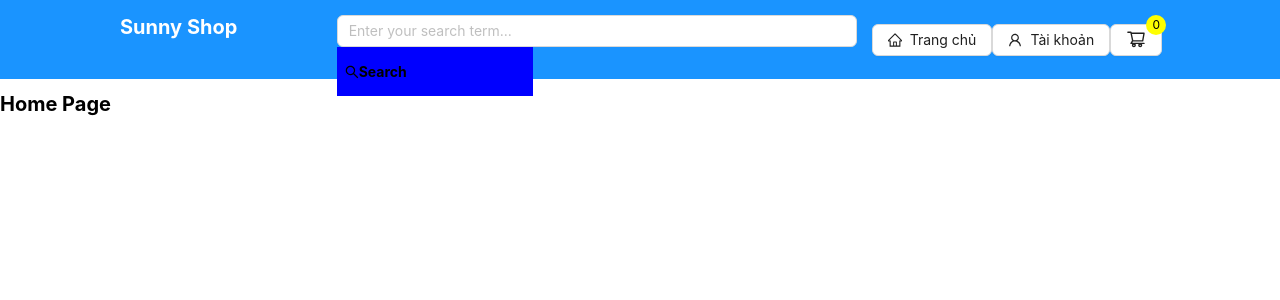
Repository: manhhieu120499/E-Commerce
Page: /
These files come from the project's save history. The page is drawn as it stood at one moment and after the next save; the edit follows.
The browser window is 1280 px wide. The pictures show the whole page.
The project was rebuilt for these pictures with package versions that can differ from the ones it lists, and the page was loaded fresh each time. Also part of the build but not shown: src/pages/product/Product.js, src/pages/order/Order.js, src/pages/notFound/NotFound.js, src/layouts/NormalLayout/NormalLayout.js.

Above is the page before, as saved 2025-01-01 12:13:53.

### src/index.js
import React from "react";
import ReactDOM from "react-dom/client";
import App from "./App";
import reportWebVitals from "./reportWebVitals";
import GlobalStyle from "./GlobalStyles";
import { Provider } from "react-redux";
import store from "./redux/store";

const root = ReactDOM.createRoot(document.getElementById("root"));
root.render(
  <React.StrictMode>
    <Provider store={store}>
      <GlobalStyle>
        <App />
      </GlobalStyle>
    </Provider>
  </React.StrictMode>
);

// If you want to start measuring performance in your app, pass a function
// to log results (for example: reportWebVitals(console.log))
// or send to an analytics endpoint. Learn more: https://bit.ly/CRA-vitals
reportWebVitals();

### src/App.js
import React from "react";
import { BrowserRouter as Router, Route, Routes } from "react-router-dom";
import { publicRoute } from "./route";
function App() {
  return (
    <div className="App">
      <Router>
        <Routes>
          {publicRoute.map((route) => {
            const Page = route.component;
            const Layout = route.layout;
            return (
              <Route
                key={route.path}
                path={route.path}
                element={
                  <Layout>
                    <Page />
                  </Layout>
                }
              />
            );
          })}
        </Routes>
      </Router>
    </div>
  );
}

export default App;

### src/redux/store.js
import { configureStore } from "@reduxjs/toolkit";
import productSlice from "./slices/productSlice";

const store = configureStore({
    reducer: {
        product: productSlice
    }
})

export default store;

### src/route/index.js
import { Home, Product, Order, NotFound } from "../pages";
import { DefaultLayout, NormalLayout } from "../layouts";

const publicRoute = [
  {
    path: "/",
    component: Home,
    layout: DefaultLayout,
  },
  {
    path: "/product",
    component: Product,
    layout: DefaultLayout,
  },
  {
    path: "/order",
    component: Order,
    layout: DefaultLayout,
  },
  {
    path: "*",
    component: NotFound,
    layout: NormalLayout,
  },
];

const privateRoute = [];

export { publicRoute, privateRoute };

### src/GlobalStyles/GlobalStyles.js
import "./css/GlobalStyles.css";
export default function GlobalStyle({ children }) {
    return (
        <div className="wrapper">
            { children }
        </div>
    )
}

### src/redux/slices/productSlice.js
import { createSlice } from "@reduxjs/toolkit";

// const initialState = {
//     products: [],
// }

// export const productSlice = createSlice({
//     name: 'productSlice',
//     initialState,
//     reducers:{
//         setProduct: (state, action) => {
//             return {...state}
//         }
//     }
// })

const initialState = {
    value: 0
}

const productSlice = createSlice({
    name: 'productSlice',
    initialState,
    reducers: {
        increase: (state, action) => {
            return {...state, value: state.value + 1}
        },
        decrease: (state, action) => {
            return {...state, value: state.value - 1}
        }
    }
})

export const { increase, decrease } = productSlice.actions;

export default productSlice.reducer;

### src/pages/index.js
import Home from "./home";
import Product from "./product";
import Order from "./order";
import NotFound from "./notFound";

export { Home, Product, Order, NotFound };

### src/layouts/index.js
import DefaultLayout from "./DefaultLayout";
import NormalLayout from "./NormalLayout";

export { DefaultLayout, NormalLayout };

### src/GlobalStyles/css/GlobalStyles.css
/* @import "antd/dist/antd.css"; */
body {
  margin: 0;
  font-family: -apple-system, BlinkMacSystemFont, 'Segoe UI', 'Roboto', 'Oxygen',
    'Ubuntu', 'Cantarell', 'Fira Sans', 'Droid Sans', 'Helvetica Neue',
    sans-serif;
  -webkit-font-smoothing: antialiased;
  -moz-osx-font-smoothing: grayscale;
  box-sizing: border-box;
  padding: 0;
}

html {
  font-size: 62.5%;
}

.wrapper {
  max-width: 100vw;
  margin: 0 auto;
}

### src/pages/product/index.js
export { default } from './Product'

### src/layouts/NormalLayout/index.js
export { default } from "./NormalLayout";

### src/pages/home/Home.js
export default function Home({children}) {
    return (
        <h1>Home Page</h1>
    )
}

### src/layouts/DefaultLayout/DefaultLayout.js
import { Header } from "../../components";

export default function DefaultLayout({ children }) {
  return (
    <div className="wrapper">
      <Header />
      {children}
    </div>
  );
}

### src/components/index.js
import Header from "./Header";
import ButtonInputSearch from "./ButtonInputSearch";
export { Header, ButtonInputSearch };

### src/components/ButtonInputSearch/index.js
export { default } from "./ButtonInputSearch";

### src/components/Header/Header.js
import { Button, Col, Input, Row } from "antd";
import {
  ShoppingCartText,
  WrapperRow,
  WrapperShoppingCart,
  WrapperShoppingCartText,
  WrapperSpan,
} from "./HeaderStyle";
import Search from "antd/es/transfer/search";
import {
  HomeOutlined,
  ShoppingCartOutlined,
  UserOutlined,
} from "@ant-design/icons";
import ButtonInputSearch from "../ButtonInputSearch";

export default function Header({ children }) {
  return (
    <div>
      <WrapperRow>
        <Col span={5}>
          <WrapperSpan>Sunny Shop</WrapperSpan>
        </Col>
        <Col span={12}>
          <Input placeholder="Enter your search term..." />
          <ButtonInputSearch />
        </Col>
        <Col
          span={7}
          style={{
            display: "flex",
            alignItems: "center",
            justifyContent: "space-around",
            padding: "0 15px",
          }}
        >
          <Button>
            <HomeOutlined />
            <span>Trang chủ</span>
          </Button>
          <Button>
            <UserOutlined />
            <span>Tài khoản</span>
          </Button>
          <Button>
            <WrapperShoppingCart>
              <ShoppingCartOutlined style={{ fontSize: 20 }} />
              <WrapperShoppingCartText>
                <ShoppingCartText>0</ShoppingCartText>
              </WrapperShoppingCartText>
            </WrapperShoppingCart>
          </Button>
        </Col>
      </WrapperRow>
    </div>
  );
}

### src/components/ButtonInputSearch/ButtonInputSearch.js
import { SearchOutlined } from "@ant-design/icons";
import {
  WrapperButtonInputSearch,
  ButtonTextSpan,
} from "./ButtonInputSearchStyle";
function ButtonInputSearch() {
  return (
    <WrapperButtonInputSearch>
      <SearchOutlined />
      <ButtonTextSpan>Search</ButtonTextSpan>
    </WrapperButtonInputSearch>
  );
}

export default ButtonInputSearch;

### src/components/Header/HeaderStyle.js
import { Row } from "antd";
import styled from "styled-components";

export const WrapperRow = styled(Row)`
  padding: 15px 120px;
  background-color: rgb(26, 148, 255);
`;

export const WrapperSpan = styled.span`
  font-size: 20px;
  font-weight: 700;
  color: white;
`;

export const WrapperShoppingCart = styled.div`
  position: relative;
  width: 100%;
`;

export const WrapperShoppingCartText = styled.div`
  position: absolute;
  top: -14px;
  right: -20px;
  width: 20px;
  height: 20px;
  border-radius: 50%;
  background-color: yellow;
`;

export const ShoppingCartText = styled.span`
  font-size: 12px;
  color: black;
  line-height: 20px;
`;

### src/components/ButtonInputSearch/ButtonInputSearchStyle.js
import styled from "styled-components";

export const WrapperButtonInputSearch = styled.div`
  width: 180px;
  height: 100%;
  padding: 0 8px;
  display: flex;
  align-items: center;
  justify-content: "space-around";
  background-color: blue;
`;

export const ButtonTextSpan = styled.span`
  font-size: 14px;
  color: "white";
  font-weight: bold;
`;

Loaded but not shown: public/index.html (common file); src/reportWebVitals.js (common file); src/GlobalStyles/index.js (common file); src/pages/home/index.js (common file); src/pages/order/index.js (common file); src/pages/notFound/index.js (common file); src/layouts/DefaultLayout/index.js (common file); src/components/Header/index.js (common file)

After the next save:
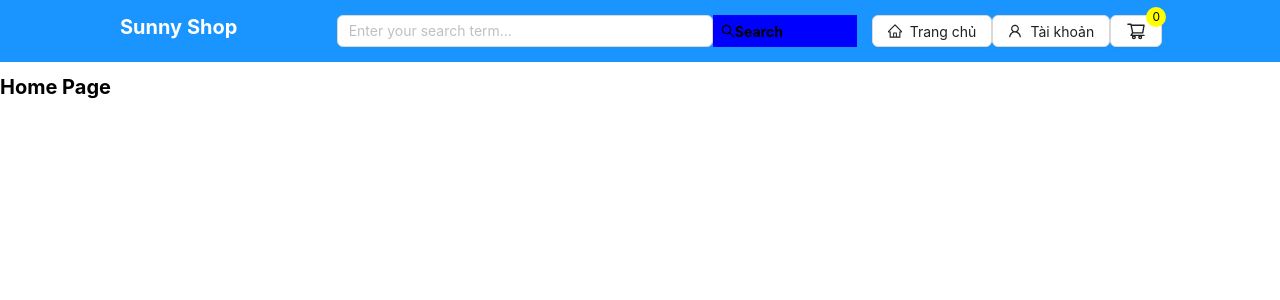
Saved 106 s later.
--- a/src/components/Header/Header.js
+++ b/src/components/Header/Header.js
@@ -21,7 +21,7 @@ export default function Header({ children }) {
         <Col span={5}>
           <WrapperSpan>Sunny Shop</WrapperSpan>
         </Col>
-        <Col span={12}>
+        <Col span={12} style={{ display: "flex", alignItems: "center" }}>
           <Input placeholder="Enter your search term..." />
           <ButtonInputSearch />
         </Col>
